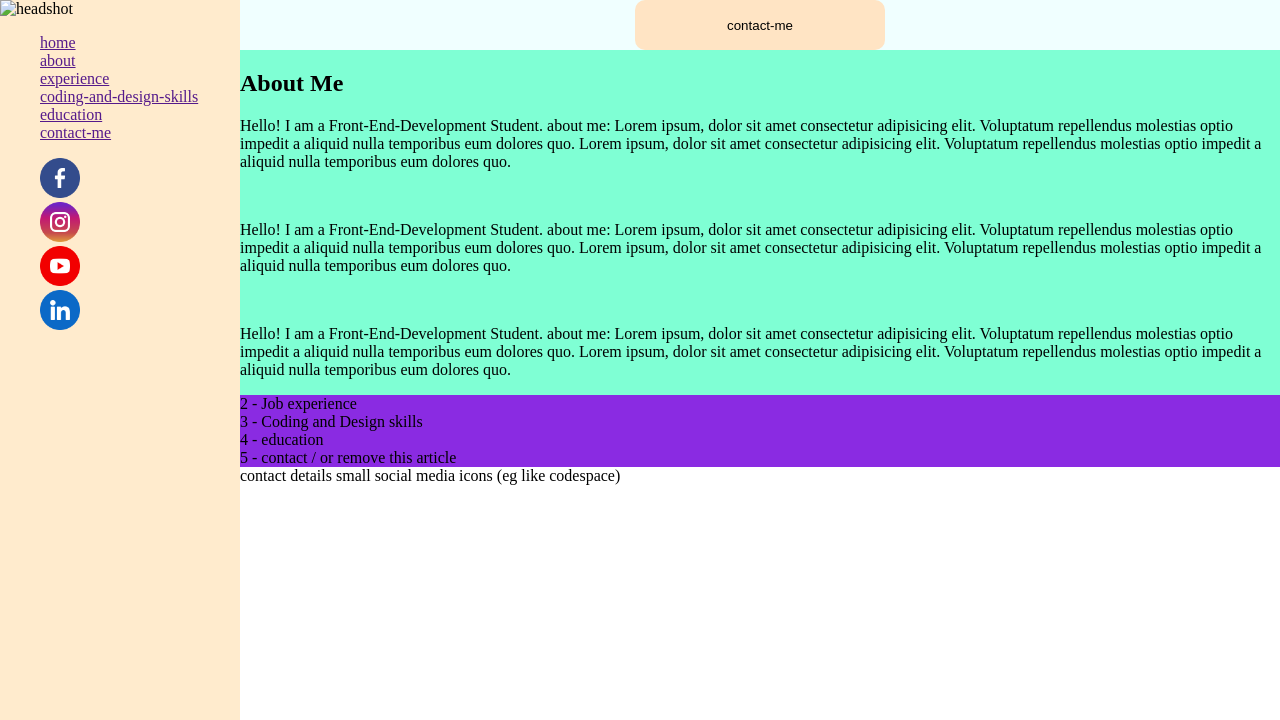
Repository: WesleyErasmus/MyDigitalResume-5
Page: index.html
The author's editor kept a copy of each file at every save. The page is drawn from the files as they stood at one save, then again after the next save.
The browser window is 1280 px wide. The pictures show the whole page.

Above is the page before, as saved 2022-02-24 17:49:27.

After the next save:
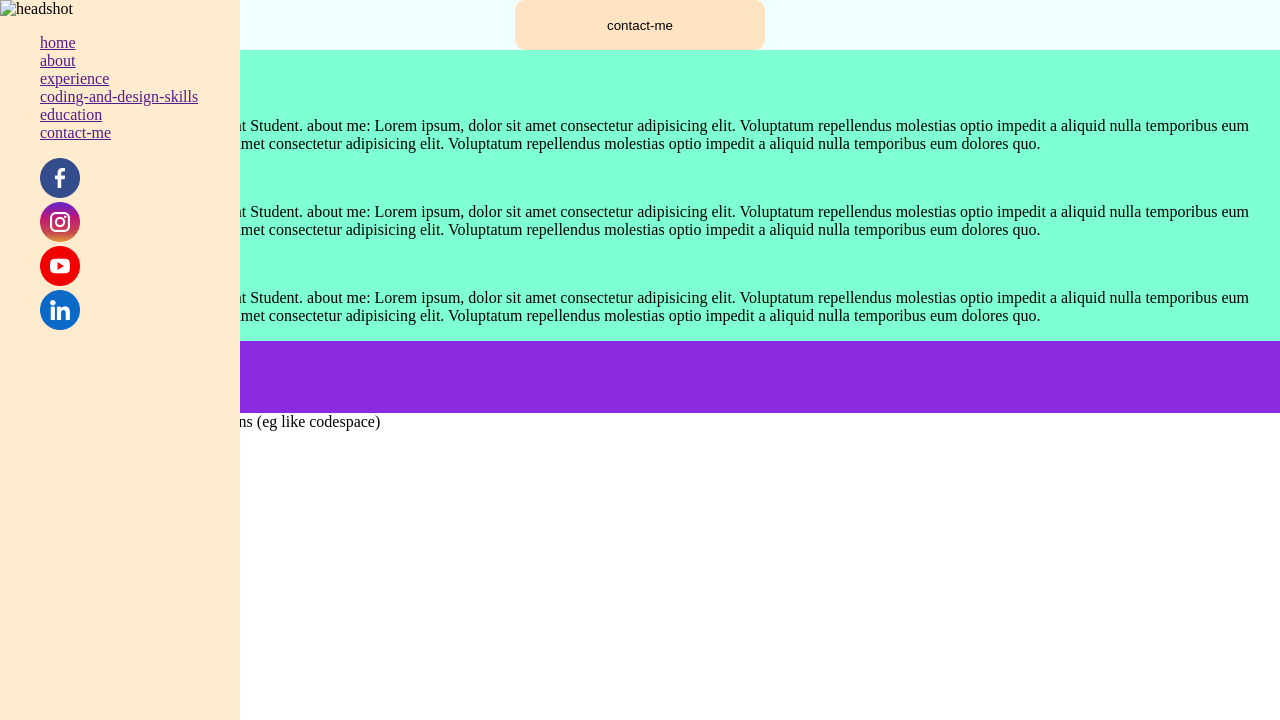
Saved 13 s later.
--- a/stylesheet.css
+++ b/stylesheet.css
@@ -3,7 +3,8 @@
     list-style-type: none;
 }
 body {
-    margin: 0 0 0 240px;
+    /* margin: 0 0 0 240px; */
+    margin: 0;
     padding: 0;
 }
 header {
